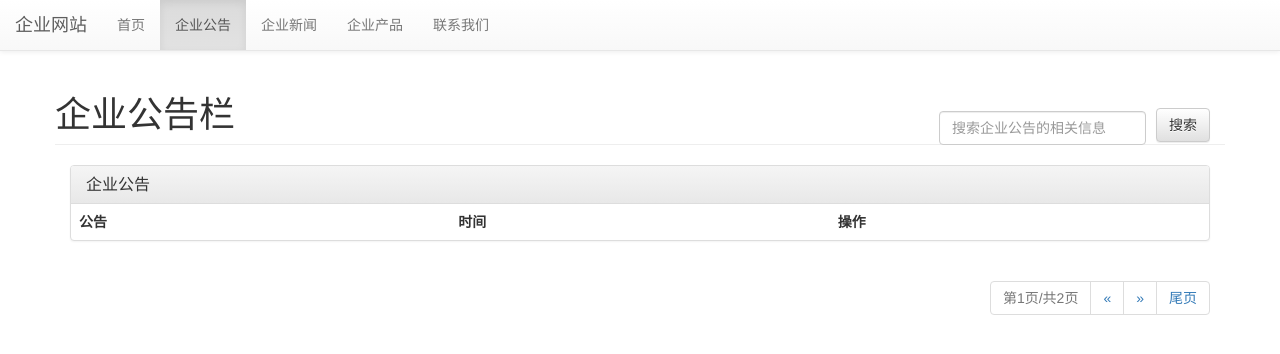
Repository: Mrzx0925/mystudyj2ee
Page: mvssh/src/main/webapp/mywrite/gonggao.html
These files come from the project's save history. The page is drawn as it stood at one moment and after the next save; the edit follows.
The browser window is 1280 px wide. The pictures show the whole page.
The page's requests for data from a server got no answer.

Above is the page before, as saved 2019-12-22 13:28:01.

### mvssh/src/main/webapp/mywrite/gonggao.html
<!DOCTYPE html>
<html lang="zh-CN" class="ax-vertical-centered">
<head>
<meta charset="UTF-8">
<title>企业网站</title>
<meta http-equiv="Content-Type" content="text/html; charset=UTF-8">
<meta name="viewport" content="width=device-width, initial-scale=1">
<link rel="stylesheet" href="css/bootstrap.min.css">
<link rel="stylesheet" href="css/bootstrap-theme.min.css">
<link rel="stylesheet" href="css/bootstrap-admin-theme.css">
<link rel="stylesheet" href="css/bootstrap-admin-theme.css">
<script src="jQuery/jquery-3.1.1.min.js"></script>
<script src="js/bootstrap.min.js"></script>

<script src="js/bootstrap-dropdown.min.js"></script>
<script src="js/gonggao.js"></script>
</head>





<body class="bootstrap-admin-with-small-navbar">
	<nav class="navbar navbar-default navbar-fixed-top" role="navigation">
		<div class="container-fluid">
			<div class="navbar-header">
				<a class="navbar-brand" href="#">企业网站 </a>
			</div>

			<ul class="nav navbar-nav">
				<li><a href="index.html">首页</a></li>
				<li class="active"><a href="gonggao.html">企业公告</a></li>
				<li><a href="xinwen.html">企业新闻</a></li>
				<li><a href="qiyechanpin.html\">企业产品</a></li>
				<li><a href="lianxi.html">联系我们</a></li>
			</ul>

		</div>
	</nav>

	<div class="container">

		<div class="row">

			<div class="page-header">
				<h1>
					企业公告栏

					<div class="pull-right">
						<form class="navbar-form navbar-left" role="search" action=""
							method="post">
							<div class="form-group">
								<input type="text" class="form-control"
									placeholder="搜索企业公告的相关信息" name="noticeInfo">
							</div>
							<button type="submit" class="btn btn-default">搜索</button>
						</form>
					</div>
				</h1>
			</div>


			<div class="col-lg-12">
				<div class="panel panel-default">
					<div class="panel-heading">
						<h3 class="panel-title">企业公告</h3>
					</div>
					<table id="table" class="table">
						<th>公告</th>
						<th>时间</th>
						<th>操作</th>

					</table>
				</div>



		<div class="pull-right">
					<!--右对齐--->
					<ul class="pagination">
						<li class="disabled"><a href="#">第1页/共2页</a></li>


						<li><a href="">&laquo;</a></li>
						<!-- 上一页 -->

						<li><a href="">&raquo;</a></li>
						<li><a href="">尾页</a></li>
					</ul>
				</div>

			</div>


		</div>
	</div>



	<!--------------------------------------查看的模糊框------------------------>
	<form class="form-horizontal">
		<!--保证样式水平不混乱-->
		<!-- 模态框（Modal） -->
		<div class="modal fade" id="findModal" tabindex="-1" role="dialog"
			aria-labelledby="findModalLabel" aria-hidden="true">
			<div class="modal-dialog modal-lg">
				<div class="modal-content">
					<div class="modal-header">
						<button type="button" class="close" data-dismiss="modal"
							aria-hidden="true">&times;</button>
						<h4 class="modal-title" id="findModalLabel">查看公告详情</h4>
					</div>
					<div class="modal-body">

						<!---------------------表单-------------------->
						<div class="form-group">
							<label for="firstname" class="col-sm-2 control-label">公告标题</label>
							<div class="col-sm-9">
								<input type="text" class="form-control" id="findTitle"
									readonly="readonly">11111111111111

							</div>
						</div>
						<div class="form-group">
							<label for="firstname" class="col-sm-2 control-label">公告内容</label>
							<div class="col-sm-9">
								<textarea class="form-control" id="findContent" rows="10"
									readonly="readonly" style="width: 642px; height: 500px;"></textarea>

							</div>
						</div>
						<!---------------------表单-------------------->

					</div>
					<div class="modal-footer">
						<button type="button" class="btn btn-default" data-dismiss="modal">关闭
						</button>
					</div>
				</div>
				<!-- /.modal-content -->
			</div>
			<!-- /.modal -->
		</div>

	</form>
	<!--------------------------------------查看的模糊框------------------------>


</body>
</html>

### mvssh/src/main/webapp/mywrite/js/gonggao.js
$(document).ready(function() {

	$.ajax({
		type : 'get',
		url : "notice_info",
		cache : false,
		type:"json",
		success : function(data) {

			for (var i in data) {


			var thedata = $("#table");
			var trData = "<tbody><td>"+ data[i].ntitle +"</td><td>"+ getDate(data[i].ntime)+"</td><td><button  class=\"btn btn-info btn-xs\" data-toggle=\"modal\" data-target=\"#findModal\"  onclick=\"getNotice("+data[i].nid+")\">查看</button></td></tbody>";
				thedata.append(trData);
			}

		},
		error : function() {
			alert("请求失败")
		}
	})
});


function getNotice(id) {
	alert("id")
}

function getDate(time) {
	var  flag = ""+time.day;
	if(flag.length == 1){
		var ss = time.year+"-"+time.month+"-0"+time.day;
	}else{
		var ss = time.year+"-"+time.month+"-"+time.day;
	}


	return "20"+ss.substr(1) ;
}

Loaded but not shown: mvssh/src/main/webapp/mywrite/css/bootstrap.min.css (library); mvssh/src/main/webapp/mywrite/css/bootstrap-theme.min.css (library); mvssh/src/main/webapp/mywrite/css/bootstrap-admin-theme.css (library); mvssh/src/main/webapp/mywrite/jQuery/jquery-3.1.1.min.js (library); mvssh/src/main/webapp/mywrite/js/bootstrap.min.js (library); mvssh/src/main/webapp/mywrite/js/bootstrap-dropdown.min.js (common file)

After the next save:
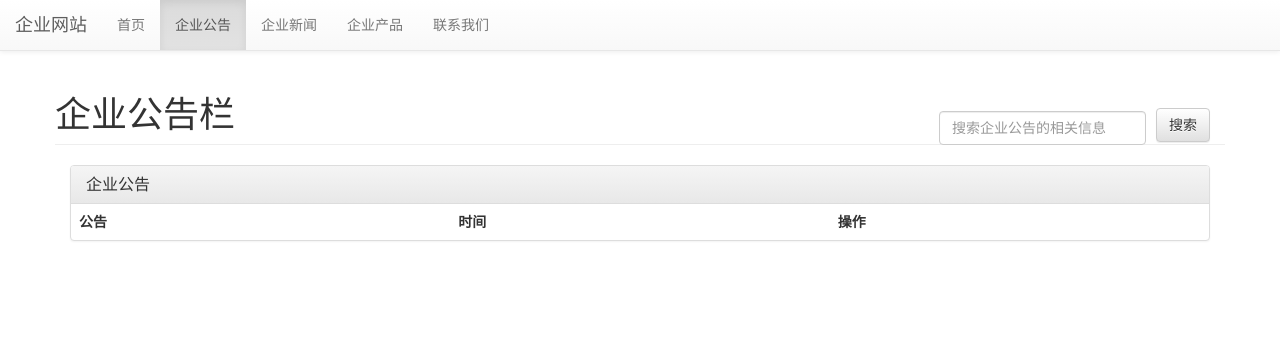
Saved 7 s later.
--- a/mvssh/src/main/webapp/mywrite/gonggao.html
+++ b/mvssh/src/main/webapp/mywrite/gonggao.html
@@ -75,20 +75,21 @@
 
 
 
-		<div class="pull-right">
-					<!--右对齐--->
+ <!--
+				<div class="pull-right">
+
 					<ul class="pagination">
 						<li class="disabled"><a href="#">第1页/共2页</a></li>
 
 
 						<li><a href="">&laquo;</a></li>
-						<!-- 上一页 -->
+
 
 						<li><a href="">&raquo;</a></li>
 						<li><a href="">尾页</a></li>
 					</ul>
 				</div>
-
+			-->
 			</div>
 
 
